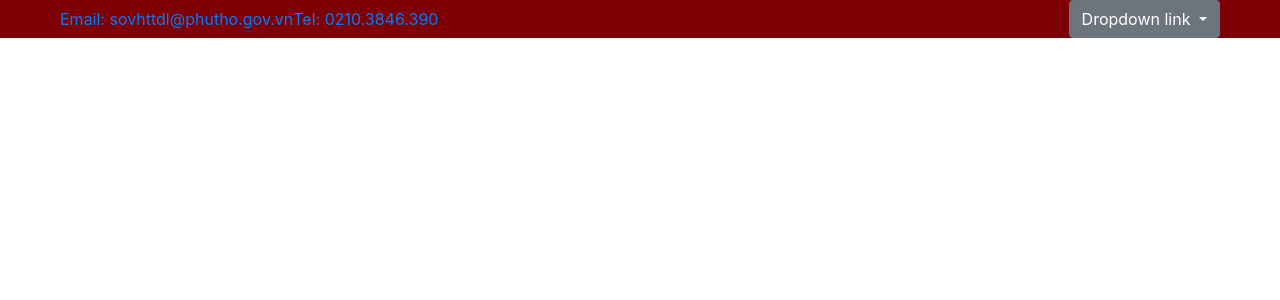
Repository: NgocNB20/Front_end_KLTN
Page: index.html
These files come from the project's save history. The page is drawn as it stood at one moment and after the next save; the edit follows.
The browser window is 1280 px wide. The pictures show the whole page.
Some web fonts or font styles are not loaded; a fallback is used. Some web libraries are served in a nearby version.

Above is the page before, as saved 2021-11-28 10:29:01.

### index.html
<!DOCTYPE html>
<html lang="en">

<head>
    <meta charset="UTF-8">
    <meta http-equiv="X-UA-Compatible" content="IE=edge">
    <meta name="viewport" content="width=device-width, initial-scale=1.0">
    <!-- Bootstrap CSS -->
    <link rel="stylesheet" href="https://maxcdn.bootstrapcdn.com/bootstrap/4.0.0/css/bootstrap.min.css"
        integrity="sha384-Gn5384xqQ1aoWXA+058RXPxPg6fy4IWvTNh0E263XmFcJlSAwiGgFAW/dAiS6JXm" crossorigin="anonymous">
    <link
        href="https://fonts.googleapis.com/css?family=Barlow+Condensed:200,300,400,400i,500,600,700,800,900%7CSatisfy&amp;display=swap"
        rel="stylesheet">
        <link rel="stylesheet" href="https://pro.fontawesome.com/releases/v5.10.0/css/all.css" integrity="sha384-AYmEC3Yw5cVb3ZcuHtOA93w35dYTsvhLPVnYs9eStHfGJvOvKxVfELGroGkvsg+p" crossorigin="anonymous"/>

    <link rel="stylesheet" href="./style.css">
    <title>Travel</title>
</head>

<body>
    <div class="page-wrapper">
        <div class="site-header__header-one-wrap">
            <div class="topbar-one">
                <div class="container-fluid">
                    <div class="topbar-one__left">
                        <a href="mailto:Email: sovhttdl@phutho.gov.vn">Email: sovhttdl@phutho.gov.vn</a>
                        <a href="tel:Tel: 0210.3846.390">Tel: 0210.3846.390</a>
                    </div>
                    <div class="topbar-one__right"></div>
                    <div class="main-nav__right">
                            <div class="dropdown">
                                <a class="btn btn-secondary dropdown-toggle" href="#" role="button" id="dropdownMenuLink" data-toggle="dropdown" aria-haspopup="true" aria-expanded="false">
                                    Dropdown link
                                </a>
                                <div class="dropdown-menu" aria-labelledby="dropdownMenuLink">
                                    <a class="dropdown-item" href="#">Action1</a>
                                    <a class="dropdown-item" href="#">Action2</a>
                                    <div class="dropdown-divider"></div>
                                    <a class="dropdown-item" href="#">Action3</a>
                                </div>
                            </div>
                    </div>
                </div>
            </div>
            <div class="container-fluid">

            </div>
        </div>
    </div>

</body>

</html>

### style.css
:root {
    --thm-font: 'Barlow Condensed', sans-serif;
    --heading-font: 'Charmonman', cursive;
    --thm-base: #ffa801;
    --thm-base-rgb: 255, 168, 1;
    --thm-primary: #40b9eb;
    --thm-primary-rgb: 64, 185, 235;
    --thm-secondary: #ff0143;
    --thm-secondary-rgb: 255, 1, 67;
    --thm-black: #082740;
    --thm-black-rgb: 8, 39, 64;
    --thm-gray: #eceeef;
    --blue: #007bff;
    --indigo: #6610f2;
    --purple: #6f42c1;
    --pink: #e83e8c;
    --red: #dc3545;
    --orange: #fd7e14;
    --yellow: #ffc107;
    --green: #28a745;
    --teal: #20c997;
    --cyan: #17a2b8;
    --white: #fff;
    --gray: #6c757d;
    --gray-dark: #343a40;
    --primary: #007bff;
    --secondary: #6c757d;
    --success: #28a745;
    --info: #17a2b8;
    --warning: #ffc107;
    --danger: #dc3545;
    --light: #f8f9fa;
    --dark: #343a40;
    --breakpoint-xs: 0;
    --breakpoint-sm: 576px;
    --breakpoint-md: 768px;
    --breakpoint-lg: 992px;
    --breakpoint-xl: 1200px;
    --font-family-sans-serif: -apple-system,BlinkMacSystemFont,"Segoe UI",Roboto,"Helvetica Neue",Arial,"Noto Sans",sans-serif,"Apple Color Emoji","Segoe UI Emoji","Segoe UI Symbol","Noto Color Emoji";
    --font-family-monospace: SFMono-Regular,Menlo,Monaco,Consolas,"Liberation Mono","Courier New",monospace;
}
.topbar-one {
    background-color: #7d0004;
}
.topbar-one .container-fluid {
    padding-left: 0;
    padding-right: 0;
    display: -webkit-box;
    display: flex;
    -webkit-box-align: center;
    align-items: center;
    -webkit-box-pack: justify;
    justify-content: space-between;
}
.topbar-one__left {
    display: -webkit-box;
    display: flex;
    -webkit-box-align: center;
    align-items: center;
    padding-left: 60px;
}
.topbar-one__right {
    display: -webkit-box;
    display: flex;
    -webkit-box-align: center;
    align-items: center;
}
.main-nav__right {
    margin-left: auto;
    display: -webkit-box;
    display: flex;
    -webkit-box-align: center;
    align-items: center;
    padding-right: 60px;
}
.main-nav__right .bootstrap-select:not([class*="col-"]):not([class*="form-control"]):not(.input-group-btn) {
    width: 100px;
    position: relative;
    top: -4px;
}

After the next save:
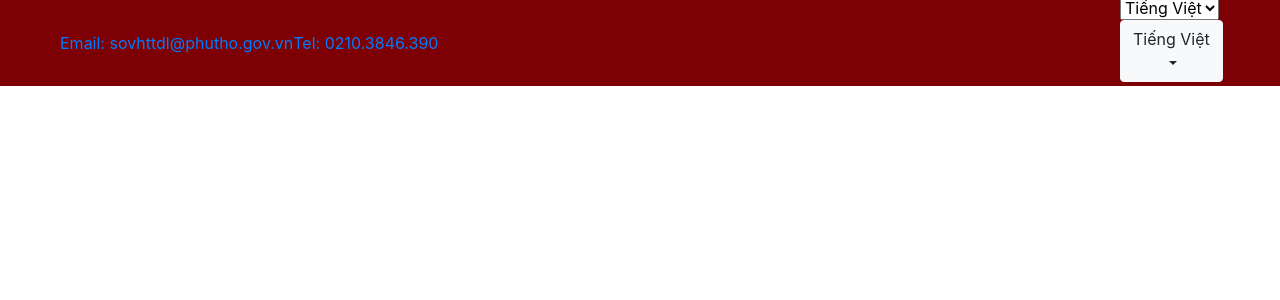
Saved 70 s later.
--- a/index.html
+++ b/index.html
@@ -28,17 +28,7 @@
                     </div>
                     <div class="topbar-one__right"></div>
                     <div class="main-nav__right">
-                            <div class="dropdown">
-                                <a class="btn btn-secondary dropdown-toggle" href="#" role="button" id="dropdownMenuLink" data-toggle="dropdown" aria-haspopup="true" aria-expanded="false">
-                                    Dropdown link
-                                </a>
-                                <div class="dropdown-menu" aria-labelledby="dropdownMenuLink">
-                                    <a class="dropdown-item" href="#">Action1</a>
-                                    <a class="dropdown-item" href="#">Action2</a>
-                                    <div class="dropdown-divider"></div>
-                                    <a class="dropdown-item" href="#">Action3</a>
-                                </div>
-                            </div>
+                        <div class="dropdown bootstrap-select"><select name="languages" id="languages" class="selectpicker" onchange="javascript:location.href = this.value;" tabindex="-98"><option value="/vi" selected="">Tiếng Việt</option><option value="/en">English</option></select><button type="button" class="btn dropdown-toggle btn-light" data-toggle="dropdown" role="button" data-id="languages" title="Tiếng Việt"><div class="filter-option"><div class="filter-option-inner"><div class="filter-option-inner-inner">Tiếng Việt</div></div> </div></button><div class="dropdown-menu " role="combobox"><div class="inner show" role="listbox" aria-expanded="false" tabindex="-1"><ul class="dropdown-menu inner show"></ul></div></div></div>
                     </div>
                 </div>
             </div>
